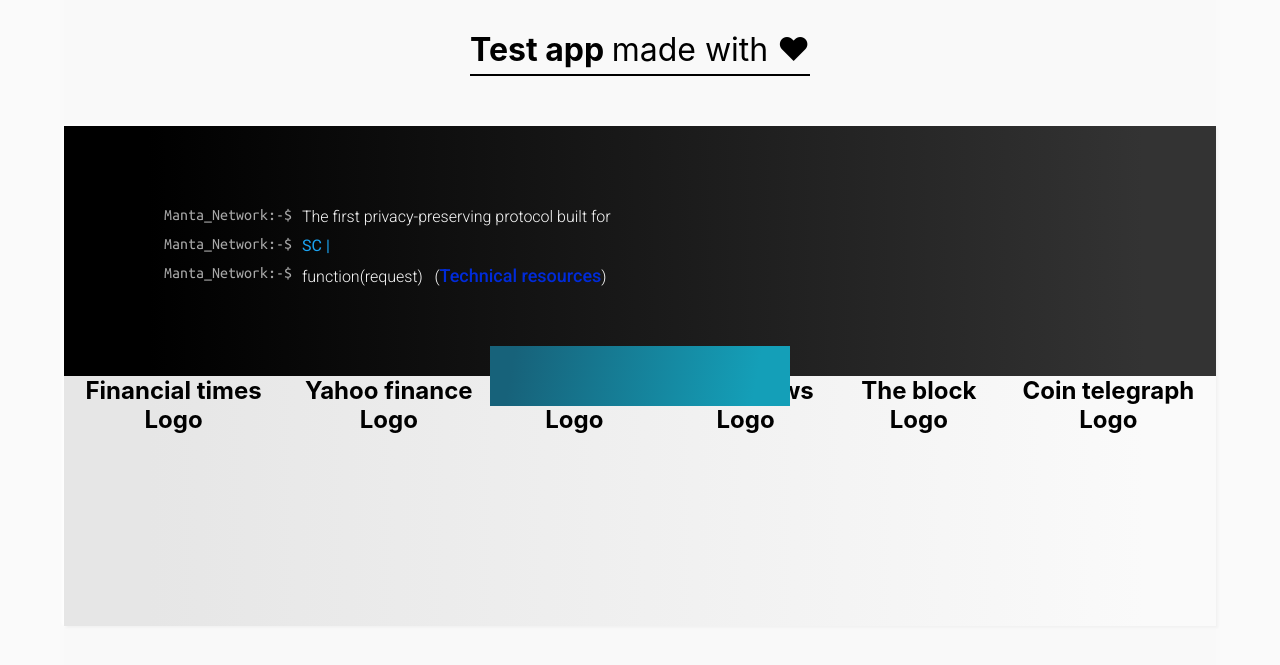
Repository: Khattak01/test-app
Page: /
The author's editor kept a copy of each file at every save. The page is drawn from the files as they stood at one save, then again after the next save.
The browser window is 1280 px wide. The pictures show the whole page.
The project was rebuilt for these pictures with package versions that can differ from the ones it lists, and the page was loaded fresh each time.

Above is the page before, as saved 2021-05-12 08:32:15.

After the next save:
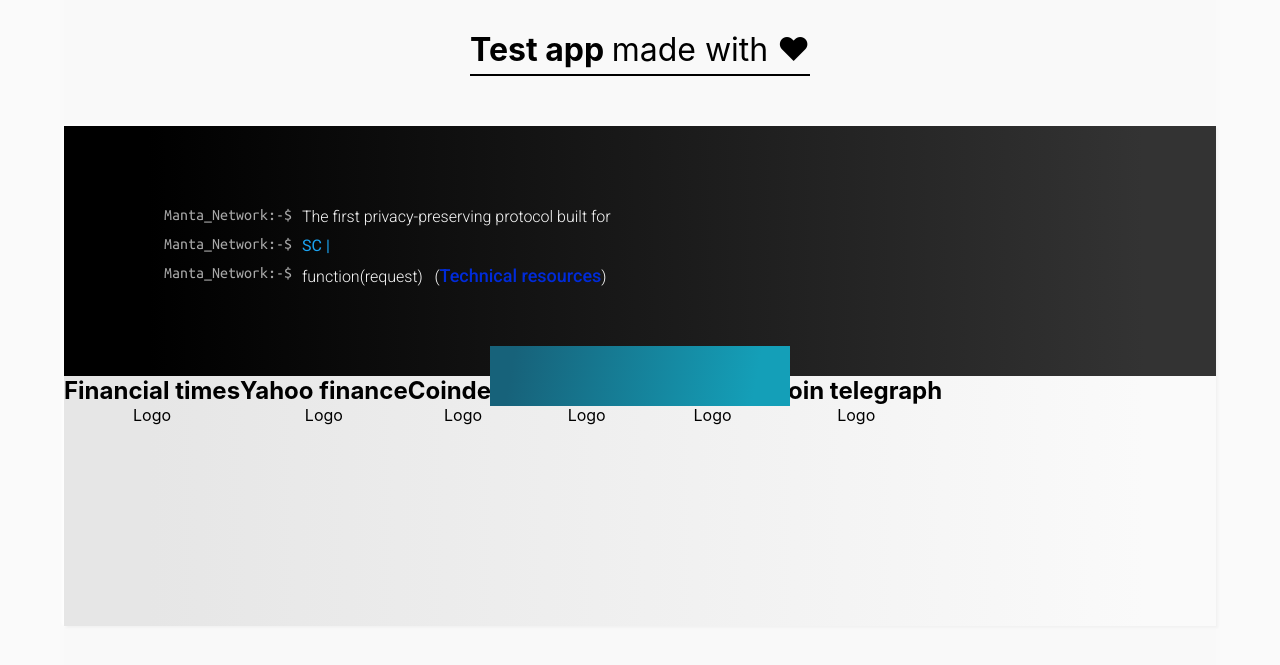
Saved 27 s later.
--- a/src/components/banner/Banner.js
+++ b/src/components/banner/Banner.js
@@ -25,12 +25,12 @@
             </div>
             <div className={classes.banner__center}></div>
             <div className={classes.banner__bottom}>
-                <div><h2>Financial times Logo</h2></div>
-                <div><h2>Yahoo finance Logo</h2></div>
-                <div><h2>Coindesk Logo</h2></div>
-                <div><h2>Chain news Logo</h2></div>
-                <div><h2>The block Logo</h2></div>
-                <div><h2>Coin telegraph  Logo</h2></div>
+                <div><h2>Financial times </h2>Logo</div>
+                <div><h2>Yahoo finance </h2>Logo</div>
+                <div><h2>Coindesk </h2>Logo</div>
+                <div><h2>Chain news </h2>Logo</div>
+                <div><h2>The block </h2>Logo</div>
+                <div><h2>Coin telegraph  </h2>Logo</div>
             </div>
         </Box>
     )
